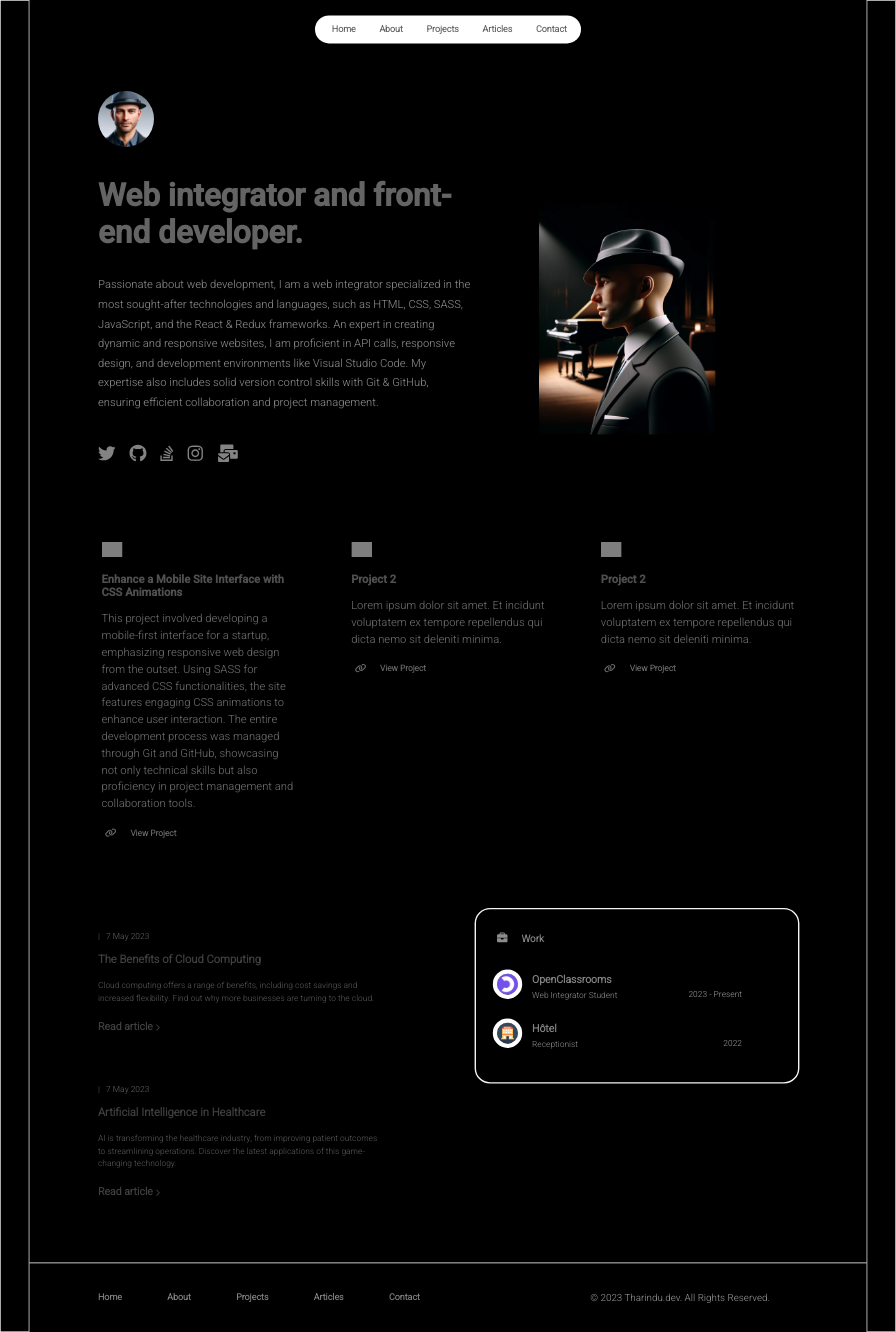
Repository: Dimple3377/reactfolio-master
Page: /
These files come from the project's save history. The page is drawn as it stood at one moment and after the next save; the edit follows.
The browser window is 1280 px wide. The pictures show the whole page, at 70% of full size.
Pictures or frames that could not be fetched are drawn as grey boxes. The project was rebuilt for these pictures with package versions that can differ from the ones it lists, and the page was loaded fresh each time. Also part of the build but not shown: src/components/about/socials.jsx, src/pages/styles/about.css, src/pages/about.jsx, src/pages/styles/projects.css, src/pages/projects.jsx, src/components/articles/article.jsx, src/pages/styles/articles.css, src/pages/articles.jsx and 5 more.

Above is the page before, as saved 2024-04-25 03:30:55.

### src/data/styles.css
:root {
	/* ------- colors ------- */
	--primary-color: #646464;
	--secondary-color: #838383;
	--tertiary-color: #8d8d8d;
	--quaternary-color: #bbbbbb;
	--link-color: #646464;
	/* ---------------------- */

	/* ------- fonts ------- */
	--primary-font: "Heebo", sans-serif;
	--secondary-font: "Roboto", sans-serif;
	/* --------------------- */
}

### src/app.css
@import "/src/data/styles.css";

::-webkit-scrollbar {
	width: 10px;
}

::-webkit-scrollbar-track {
	background-color: #f1f1f1;
}

::-webkit-scrollbar-thumb {
	background-color: #383636;
	border-radius: 5px;
}

::-webkit-scrollbar-thumb:hover {
	background-color: rgb(0, 0, 0);
}

.page-content {
	background-color: black;
	position: relative;
}

.page-content:before,
.page-content:after {
	content: "";
	position: absolute;
	top: 0;
	bottom: 0;
	width: calc((100% - 1200px) / 2);
	background-color: black;
	border: 1px solid #f4f4f5;
}

.page-content:before {
	left: 0;
	z-index: 1;
}

.page-content:after {
	right: 0;
	z-index: 1;
}

.content-wrapper {
	max-width: 1000px;
	margin: 0 auto;
}

.title {
	color: var(--primary-color);
	font-family: var(--secondary-font);
	font-size: 45px;
	font-weight: 700;
	width: 70%;
}

.subtitle {
	padding-top: 10px;
	color: var(--secondary-color);
	font-size: 16px;
	line-height: 28px;
	width: 70%;
	margin-top: 25px;
}

.page-footer {
	position: block;
}

.page-footer::before {
	content: "";
	position: absolute;
	left: 0;
	right: 0;
	border-top: 2px solid var(--tertiary-color);
}

@media (max-width: 1270px) {
	.page-content:before,
	.page-content:after {
		width: calc((100% - 90%) / 2);
	}

	.content-wrapper {
		max-width: 90%;
		padding-left: 10%;
		padding-right: 10%;
	}
}

@media (max-width: 1024px) {
	.page-content:before,
	.page-content:after {
		width: calc((100% - 950px) / 2);
	}

	.content-wrapper {
		max-width: 980px;
	}
}

@media (max-width: 800px) {
	.content-wrapper {
		max-width: 90%;
		margin: 0 auto;
		padding: 0 10px;
	}

	.page-content:before,
	.page-content:after {
		display: none;
	}

	.title {
		width: 100%;
	}

	.subtitle {
		width: 100%;
	}
}

### src/components/common/footer.jsx
import React from "react";
import { Link } from "react-router-dom";

import "./styles/footer.css";

const Footer = () => {
	return (
		<React.Fragment>
			<div className="footer">
				<div className="footer-links">
					<ul className="footer-nav-link-list">
						<li className="footer-nav-link-item">
							<Link to="/">Home</Link>
						</li>
						<li className="footer-nav-link-item">
							<Link to="/about">About</Link>
						</li>
						<li className="footer-nav-link-item">
							<Link to="/projects">Projects</Link>
						</li>
						<li className="footer-nav-link-item">
							<Link to="/articles">Articles</Link>
						</li>
						<li className="footer-nav-link-item">
							<Link to="/contact">Contact</Link>
						</li>
					</ul>
				</div>

				<div className="footer-credits">
					<div className="footer-credits-text">
						© 2023 Tharindu.dev. All Rights Reserved.
					</div>
				</div>
			</div>
		</React.Fragment>
	);
};

export default Footer;

### src/components/common/navBar.jsx
import React from "react";
import { Link } from "react-router-dom";

import "./styles/navBar.css";

const NavBar = (props) => {
	const { active } = props;

	return (
		<React.Fragment>
			<div className="nav-container">
				<nav className="navbar">
					<div className="nav-background">
						<ul className="nav-list">
							<li
								className={
									active === "home"
										? "nav-item active"
										: "nav-item"
								}
							>
								<Link to="/">Home</Link>
							</li>
							<li
								className={
									active === "about"
										? "nav-item active"
										: "nav-item"
								}
							>
								<Link to="/about">About</Link>
							</li>
							<li
								className={
									active === "projects"
										? "nav-item active"
										: "nav-item"
								}
							>
								<Link to="/projects">Projects</Link>
							</li>
							<li
								className={
									active === "articles"
										? "nav-item active"
										: "nav-item"
								}
							>
								<Link to="/articles">Articles</Link>
							</li>
							<li
								className={
									active === "contact"
										? "nav-item active"
										: "nav-item"
								}
							>
								<Link to="/contact">Contact</Link>
							</li>
						</ul>
					</div>
				</nav>
			</div>
		</React.Fragment>
	);
};

export default NavBar;

### src/components/homepage/article.jsx
import React from "react";
import { Link } from "react-router-dom";

import { FontAwesomeIcon } from "@fortawesome/react-fontawesome";
import { faChevronRight } from "@fortawesome/free-solid-svg-icons";

import "./styles/article.css";

const Article = (props) => {
	const { title, description, date, link } = props;

	return (
		<React.Fragment>
			<div className="homepage-article">
				<div className="homepage-article-content">
					<div className="homepage-article-date">
						|&nbsp;&nbsp;&nbsp;{date}
					</div>
					<div className="homepage-article-title">{title}</div>
					<div className="homepage-article-description">
						{description}
					</div>
					<div className="homepage-article-link">
						<Link to={link}>
							Read article{" "}
							<FontAwesomeIcon
								style={{ fontSize: "10px" }}
								icon={faChevronRight}
							/>
						</Link>
					</div>
				</div>
			</div>
		</React.Fragment>
	);
};

export default Article;

### src/components/homepage/works.jsx
import React from "react";
import { faBriefcase } from "@fortawesome/free-solid-svg-icons";

import Card from "../common/card";

import "./styles/works.css";

const Works = () => {
	return (
		<div className="works">
			<Card
				icon={faBriefcase}
				title="Work"
				body={
					<div className="works-body">
						<div className="work">
							<img
								src="./OpenClassrooms.png"
								alt="OpenClassrooms"
								className="work-image"
							/>
							<div className="work-title">OpenClassrooms</div>
							<div className="work-subtitle">
								Web Integrator Student
							</div>
							<div className="work-duration">2023 - Present</div>
						</div>

						<div className="work">
							<img
								src="./hotel.png"
								alt="hotel"
								className="work-image"
							/>
							<div className="work-title">Hôtel</div>
							<div className="work-subtitle">Receptionist</div>
							<div className="work-duration">2022</div>
						</div>
					</div>
				}
			/>
		</div>
	);
};

export default Works;

### src/data/user.js
const INFO = {
	main: {
		title: "Portfolio by Dimple",
		name: "Joffrey",
		email: "joffran712@gmail.com",
		logo: "../logo.png",
	},

	socials: {
		twitter: "https://twitter.com/",
		github: "https://github.com/",
		linkedin: "https://linkedin.com/",
		instagram: "https://instagram.com/",
		stackoverflow: "https://stackoverflow.com/",
		facebook: "https://facebook.com/",
	},

	homepage: {
		title: "Web integrator  and front-end developer.",
		description:
			"Passionate about web development, I am a web integrator specialized in the most sought-after technologies and languages, such as HTML, CSS, SASS, JavaScript, and the React & Redux frameworks. An expert in creating dynamic and responsive websites, I am proficient in API calls, responsive design, and development environments like Visual Studio Code. My expertise also includes solid version control skills with Git & GitHub, ensuring efficient collaboration and project management.",
	},

	about: {
		title: "I’m Joffrey I live in Paris, where I design the future.",
		description:
			"Having recently completed my developer training, I've already engaged in various projects that I'm truly proud of. Many of these projects are open-source, offering an opportunity for others to explore, contribute, and enhance. If you're interested in my work, I encourage you to review the code and share any suggestions for improvement. I'm eager to collaborate and learn from feedback, as I believe it's a fantastic way to grow and refine my skills.",
	},

	articles: {
		title: "I'm passionate about pushing the boundaries of what's possible and inspiring the next generation of innovators.",
		description:
			"A chronological compilation of my detailed reflections on programming, leadership, product design, and beyond.",
	},

	projects: [
		{
			title: "Enhance a Mobile Site Interface with CSS Animations",
			description:
				"This project involved developing a mobile-first interface for a startup, emphasizing responsive web design from the outset. Using SASS for advanced CSS functionalities, the site features engaging CSS animations to enhance user interaction. The entire development process was managed through Git and GitHub, showcasing not only technical skills but also proficiency in project management and collaboration tools.",
			logo: "https://cdn.jsdelivr.net/npm/programming-languages-logos/src/html/html.png",
			linkText: "View Project",
			link: "https://dimple3377.github.io/OC-ohmyfood-project-4/",
		},
		{
			title: "Project 2",
			description:
				"Lorem ipsum dolor sit amet. Et incidunt voluptatem ex tempore repellendus qui dicta nemo sit deleniti minima.",
			logo: "https://cdn.jsdelivr.net/npm/programming-languages-logos/src/javascript/javascript.png",
			linkText: "View Project",
			link: "https://github.com",
		},
		{
			title: "Project 2",
			description:
				"Lorem ipsum dolor sit amet. Et incidunt voluptatem ex tempore repellendus qui dicta nemo sit deleniti minima.",
			logo: "https://cdn.jsdelivr.net/npm/programming-languages-logos/src/javascript/javascript.png",
			linkText: "View Project",
			link: "https://github.com",
		},
	],
};

export default INFO;

### src/pages/styles/homepage.css
@import "../../data/styles.css";

.homepage-logo-container {
	display: flex;
	justify-content: left;
	align-items: center;
	padding-top: 130px;
}

.homepage-container {
	padding-top: 25px;
}

.homepage-first-area {
	display: flex;
	justify-content: space-between;
	align-items: center;
}

.homepage-first-area-left-side {
	display: flex;
	flex-direction: column;
	align-items: flex-start;
}

.homepage-title {
	width: 85% !important;
}

.homepage-subtitle {
	width: 85% !important;
}

.homepage-first-area-right-side {
	display: flex;
	align-items: center;
}

.homepage-image-container {
	width: 370px;
	height: 370px;
}

.homepage-image-wrapper {
	overflow: hidden;
	border-radius: 10%;
}

.homepage-image-wrapper img {
	width: 68%;
}

.homepage-socials {
	display: flex;
	justify-content: left;
	align-items: center;
	padding-top: 30px;
}

.homepage-social-icon {
	padding-right: 20px;
	font-size: 25px;
	transition: color 0.2s ease-in-out;
	color: var(--secondary-color);
}

.homepage-social-icon:hover {
	color: var(--primary-color);
}

.homepage-after-title {
	display: flex;
}

.homepage-projects {
	flex-basis: 300px;
	padding-top: 40px;
}

.homepage-articles {
	flex-basis: 900px;
	padding-top: 30px;
	margin-left: -30px;
}

.homepage-article {
	padding-bottom: 5px;
}

.homepage-works {
	flex-basis: 600px;
	padding-top: 30px;
}

@media (max-width: 1024px) {
	.homepage-first-area {
		flex-direction: column;
	}

	.homepage-first-area-left-side {
		display: flex;
		flex-direction: column; /* Changed: set direction to column */
		align-items: flex-start;
		width: 100%;
		order: 2;
	}

	.homepage-title {
		width: 100% !important;
		margin-top: 20px;
		order: 2;
	}

	.homepage-subtitle {
		width: 100% !important;
		margin-top: 10px;
		order: 3;
	}

	.homepage-first-area-right-side {
		width: 100%;
		order: 1;
	}

	.homepage-image-container {
		padding-top: 50px;
		padding-bottom: 50px;
		margin-left: 10px;
		order: 1;
	}

	.homepage-after-title {
		flex-direction: column;
	}

	.homepage-projects {
		flex-basis: auto;
	}

	.homepage-articles {
		flex-basis: auto;
	}

	.homepage-works {
		flex-basis: auto;
		margin-left: -25px;
		margin-right: -25px;
	}
}

### src/pages/styles/readArticle.css
@import "../../data/styles.css";

.read-article-logo-container {
	display: flex;
	justify-content: left;
	padding-top: 25px;
}

.read-article-logo {
	display: flex;
	position: fixed;
	border: 1px solid white;
	border-radius: 50%;
	box-shadow: 0px 4px 10px rgba(0, 0, 0, 0.25);
	top: 4vh;
}

.read-article-container {
	display: flex;
	height: 100%;
	margin: 0;
	padding-top: 120px;
}

.read-article-back {
	padding-top: 68px;
	padding-right: 50px;
	width: 40px;
	height: 40px;
}

.read-article-back-button {
	width: 50px;
	border-radius: 50%;
	box-shadow: 0px 4px 10px rgba(0, 0, 0, 0.25);
}

.read-article-wrapper {
	width: 80%;
	padding-top: 30px;
}

.read-article-date-container {
	border-left: 2px solid var(--quaternary-color);
	color: var(--tertiary-color);
	font-size: 16 px;
	align-items: center;
	height: 22px;
}

.read-article-date {
	font-family: var(--primary-font);
	padding-left: 15px;
}

.read-article-title {
	padding-top: 50px;
	padding-bottom: 50px;
	width: 100% !important;
}

.read-article-body {
	padding-bottom: 50px;
	font-size: 16px;
	line-height: 30px;
	font-family: system-ui;
	color: #52525b;
}

### src/components/common/styles/footer.css
@import "../../../data/styles.css";

.footer {
	display: flex;
	padding-top: 25px;
	margin-top: 50px;
	padding-bottom: 25px;
	align-items: center;
}

.footer-links,
.footer-credits {
	flex-basis: 50%;
}

.footer-links {
	margin-left: -40px;
}

.footer-nav-link-list {
	display: flex;
	list-style: none;
	justify-content: space-between;
	align-items: center;
}

.footer-nav-link-item {
	font-weight: bold;
	font-size: 80%;
}

.footer-nav-link-list a {
	text-decoration: none;
	color: var(--secondary-color);
}

.footer-nav-link-list a:hover {
	color: var(--link-color);
}

.footer-credits-text {
	justify-content: flex-end;
	color: var(--tertiary-color);
	font-size: 14px;
	text-align: right;
}

@media (max-width: 600px) {
	.footer {
		flex-direction: column;
		height: 85px;
	}

	.footer-links {
		display: flex;
		width: 100%;
		justify-content: center;
	}

	.footer-nav-link-list {
		width: 100%;
	}
}

### src/components/common/styles/navBar.css
@import "../../../data/styles.css";

.nav-container {
	margin: 0;
	display: flex;
	justify-content: center;
	align-items: center;
}

.navbar {
	display: flex;
	justify-content: center;
	align-items: center;
	position: fixed;
	top: 3vh;
	z-index: 999;
}

.nav-background {
	width: 380px;
	height: 40px;
	padding-left: 0%;
	padding-right: 0%;
	background: #fff;
	box-shadow: 0px 2px 10px rgba(0, 0, 0, 0.1);
	border-radius: 40px;
}

.nav-list {
	display: flex;
	justify-content: space-between;
	list-style: none;
	align-items: center;
	margin-left: -16px;
	margin-right: 20px;
	margin-top: 11px;
}

.nav-item {
	font-weight: bold;
	font-size: 80%;
}

.nav-item.active a {
	color: var(--link-color) !important;
}

.nav-item a {
	text-decoration: none;
	color: var(--primary-color);
}

.nav-item a:hover {
	color: var(--link-color);
	transition: color 0.3s ease-in-out;
}

@media (max-width: 600px) {
	.navbar {
		margin-left: 25%;
		margin-right: 25%;
		width: 80%;
		font-size: 80%;
	}

	.nav-background {
		width: 80%;
		height: 40px;
	}

	.nav-item {
		font-weight: bold;
	}
}

### src/components/homepage/styles/article.css
@import "../../../data/styles.css";

.homepage-article {
	width: 90%;
	mix-blend-mode: normal;
	border-radius: 20px;
	opacity: 0.8;
}

.homepage-article:hover {
	background: #fafafa;
	opacity: 1;
	transition: background-color 0.3s ease-in-out;
}

.homepage-article-content {
	padding: 30px;
}

.homepage-article-date {
	opacity: 1;
	color: var(--tertiary-color);
	font-size: 12px;
	margin-bottom: 1em;
}

.homepage-article-title {
	opacity: 1;
	color: var(--primary-color);
	font-size: 16px;
	margin-bottom: 1em;
	font-weight: 700;
}

.homepage-article-description {
	opacity: 1;
	color: var(--secondary-color);
	font-size: 12px;
	line-height: 1.5;
}

.homepage-article-link {
	opacity: 1;
	padding-top: 20px;
	font-size: 15px;
	font-weight: 700;
}

.homepage-article-link a {
	color: var(--link-color);
	text-decoration: none;
}

@media (max-width: 600px) {
	.homepage-article {
		width: 100%;
	}
}

### src/components/projects/project.jsx
import React from "react";
import { Link } from "react-router-dom";
import { FontAwesomeIcon } from "@fortawesome/react-fontawesome";
import { faLink } from "@fortawesome/free-solid-svg-icons";

import "./styles/project.css";

const Project = (props) => {
	const { logo, title, description, linkText, link } = props;

	return (
		<React.Fragment>
			<div className="project">
				<Link to={link}>
					<div className="project-container">
						<div className="project-logo">
							<img src={logo} alt="logo" />
						</div>
						<div className="project-title">{title}</div>
						<div className="project-description">{description}</div>
						<div className="project-link">
							<div className="project-link-icon">
								<FontAwesomeIcon icon={faLink} />
							</div>

							<div className="project-link-text">{linkText}</div>
						</div>
					</div>
				</Link>
			</div>
		</React.Fragment>
	);
};

export default Project;

### src/components/articles/style/article.css
@import "../../../data/styles.css";

.article {
	display: flex;
}

.article a {
	text-decoration: none;
}

.article-left-side {
	min-width: 20%;
	max-width: 20%;
}

.article-right-side {
	flex-basis: 80%;
	min-width: 700px;
	mix-blend-mode: normal;
	border-radius: 20px;
	opacity: 0.8;
	padding: 30px;
}

.article-right-side:hover {
	background: #fafafa;
	opacity: 1;
	transition: background-color 0.3s ease-in-out;
}

.article-date {
	padding-top: 30px;
	font-size: 15px;
	color: var(--tertiary-color);
}

.article-title {
	color: #000000;
	font-size: 16px;
	font-weight: 600;
}

.article-description {
	padding-top: 10px;
	font-size: 12px;
	color: var(--secondary-color);
	font-weight: 480;
	line-height: 25px;
}

.article-link {
	padding-top: 10px;
	font-size: 14px;
	color: var(--link-color);
	font-weight: 700;
}

@media (max-width: 1024px) {
	.article-left-side {
		min-width: 10%;
		max-width: 10%;
	}

	.article-right-side {
		flex-basis: 90%;
		min-width: 85%;
		max-width: 85%;
	}
}

### src/components/projects/styles/project.css
@import "../../../data/styles.css";

.project {
	mix-blend-mode: normal;
	border-radius: 20px;
	opacity: 0.8;
	height: 100%;
}

.project a {
	text-decoration: none;
}

.project:hover {
	background: #fafafa;
	opacity: 1;
	transition: background-color 0.3s ease-in-out;
}

.project:hover .project-link {
	color: var(--link-color);
	transition: color 0.3s ease-in-out;
}

.project-container {
	padding: 30px;
}

.project-logo {
	width: 30px;
}

.project-logo img {
	width: 100%;
}

.project-title {
	font-family: var(--secondary-font);
	color: var(--primary-color);
	font-size: 16px;
	padding-top: 15px;
	margin-bottom: 1em;
	font-weight: 700;
}

.project-description {
	color: var(--secondary-color);
}

.project-link {
	display: flex;
	align-items: center;
	color: var(--secondary-color);
	font-size: 12px;
	padding-top: 20px;
}

.project-link-icon {
	padding-left: 5px;
	font-size: 13px;
}

.project-link-text {
	padding-left: 20px;
	font-weight: 700;
}

@media (max-width: 600px) {
	.project {
		height: 300px;
	}
}

Loaded but not shown: public/index.html (common file); src/index.js (common file); src/index.css (common file); src/App.js (common file); src/reportWebVitals.js (common file); src/data/tracking.js (common file); src/components/common/logo.jsx (common file); src/components/projects/allProjects.jsx (common file); src/components/common/styles/logo.css (common file); src/components/common/card.jsx (common file); src/components/homepage/styles/works.css (common file); src/components/projects/styles/allProjects.css (common file); src/components/about/styles/socials.css (common file); src/components/common/styles/card.css (common file); src/data/articles.js (65 lines, source omitted); src/data/seo.js (38 lines, source omitted); src/pages/homepage.jsx (206 lines, source omitted)

After the next save:
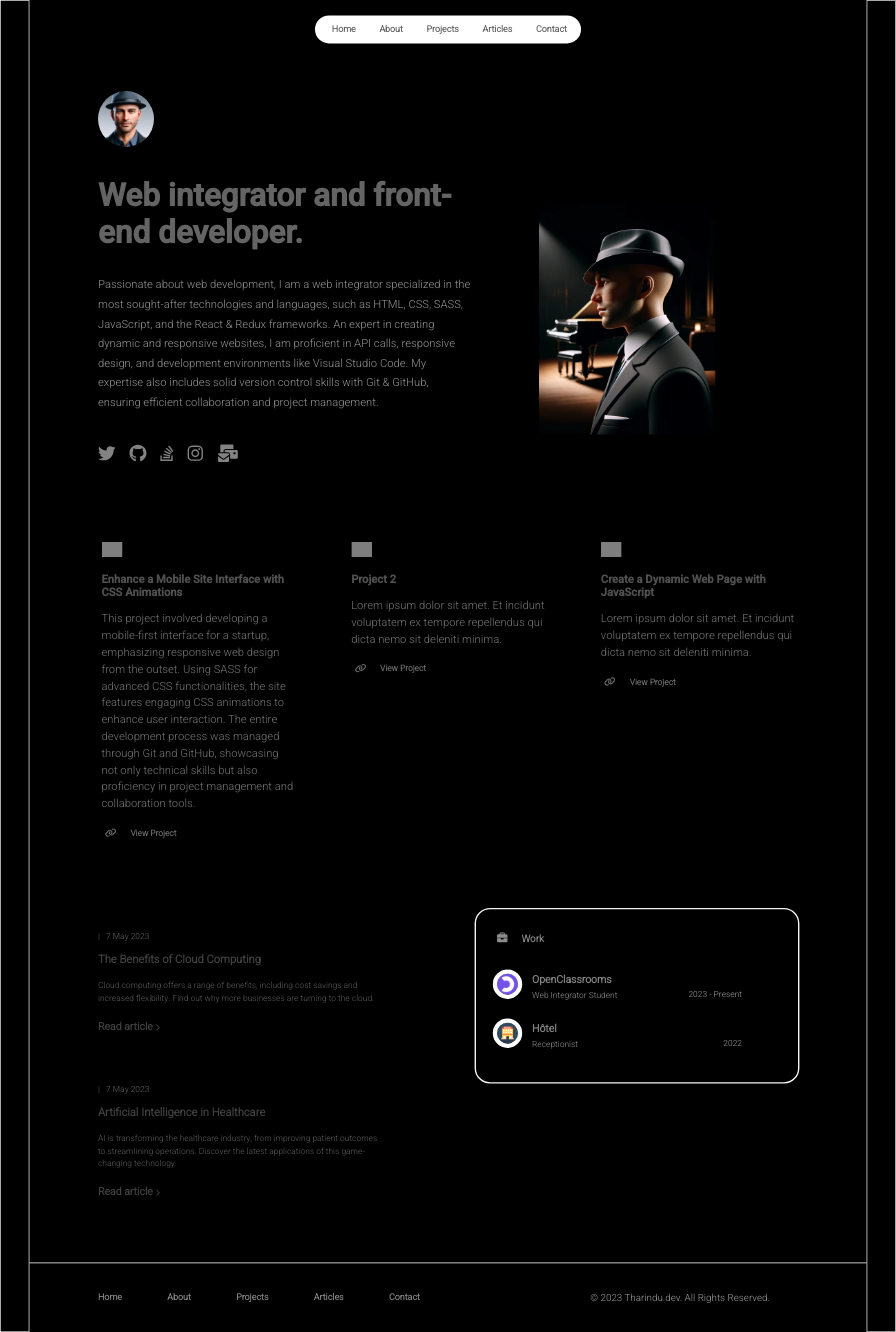
Saved 5 min 6 s later.
--- a/src/data/user.js
+++ b/src/data/user.js
@@ -51,7 +51,7 @@ const INFO = {
 			link: "https://github.com",
 		},
 		{
-			title: "Project 2",
+			title: "Create a Dynamic Web Page with JavaScript",
 			description:
 				"Lorem ipsum dolor sit amet. Et incidunt voluptatem ex tempore repellendus qui dicta nemo sit deleniti minima.",
 			logo: "https://cdn.jsdelivr.net/npm/programming-languages-logos/src/javascript/javascript.png",
